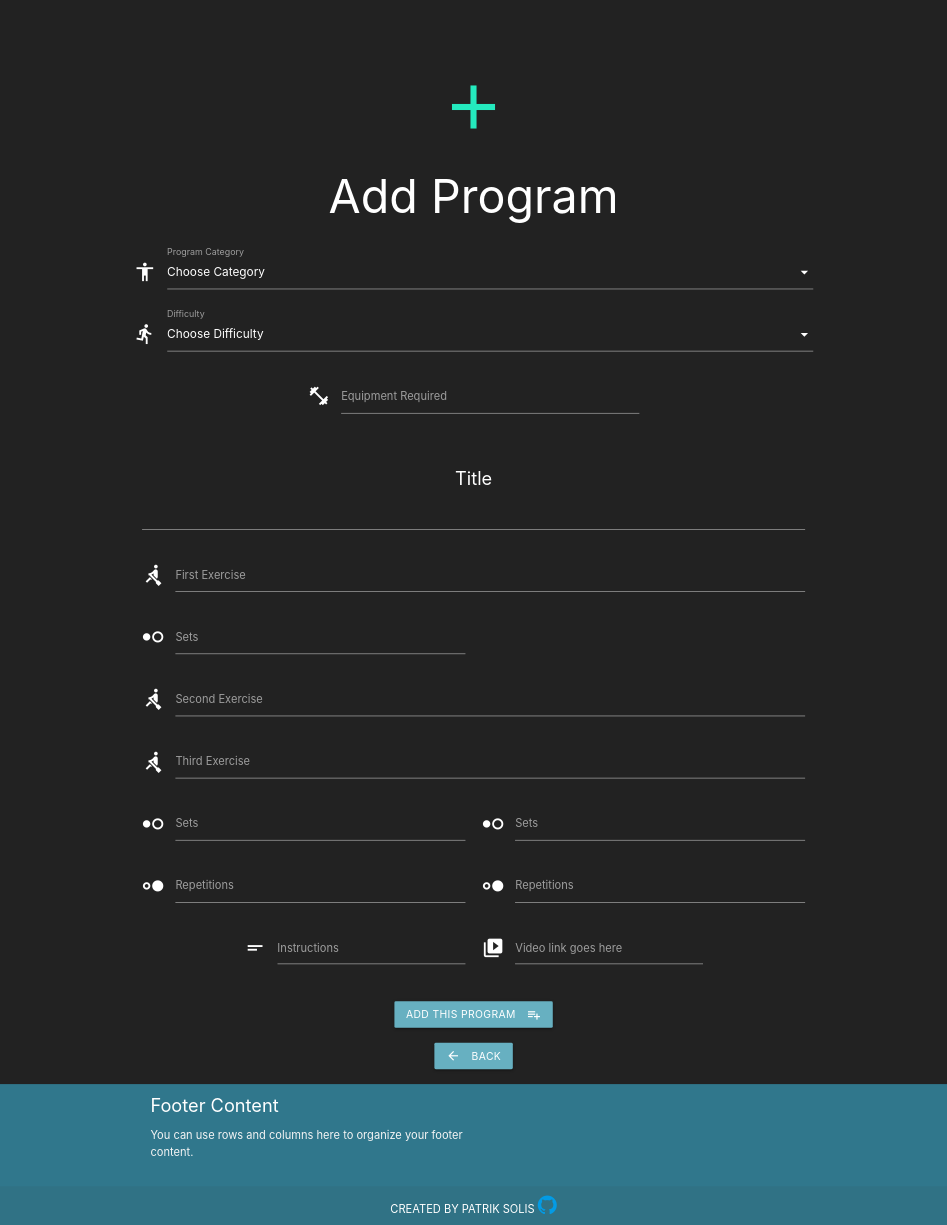
Repository: Ario124/calisthenics-project
Page: http://localhost/add_program
The author's editor kept a record of every edit. The page is drawn from the files as they stood at one moment, then again after the next edit.
The browser window is 1280 px wide. The pictures show the whole page, at 74% of full size.
The page is served by the project's application, run on Flask 3 (app.py). Queries for data that is not in the repository find no rows.

Above is the page before.

After the next edit:
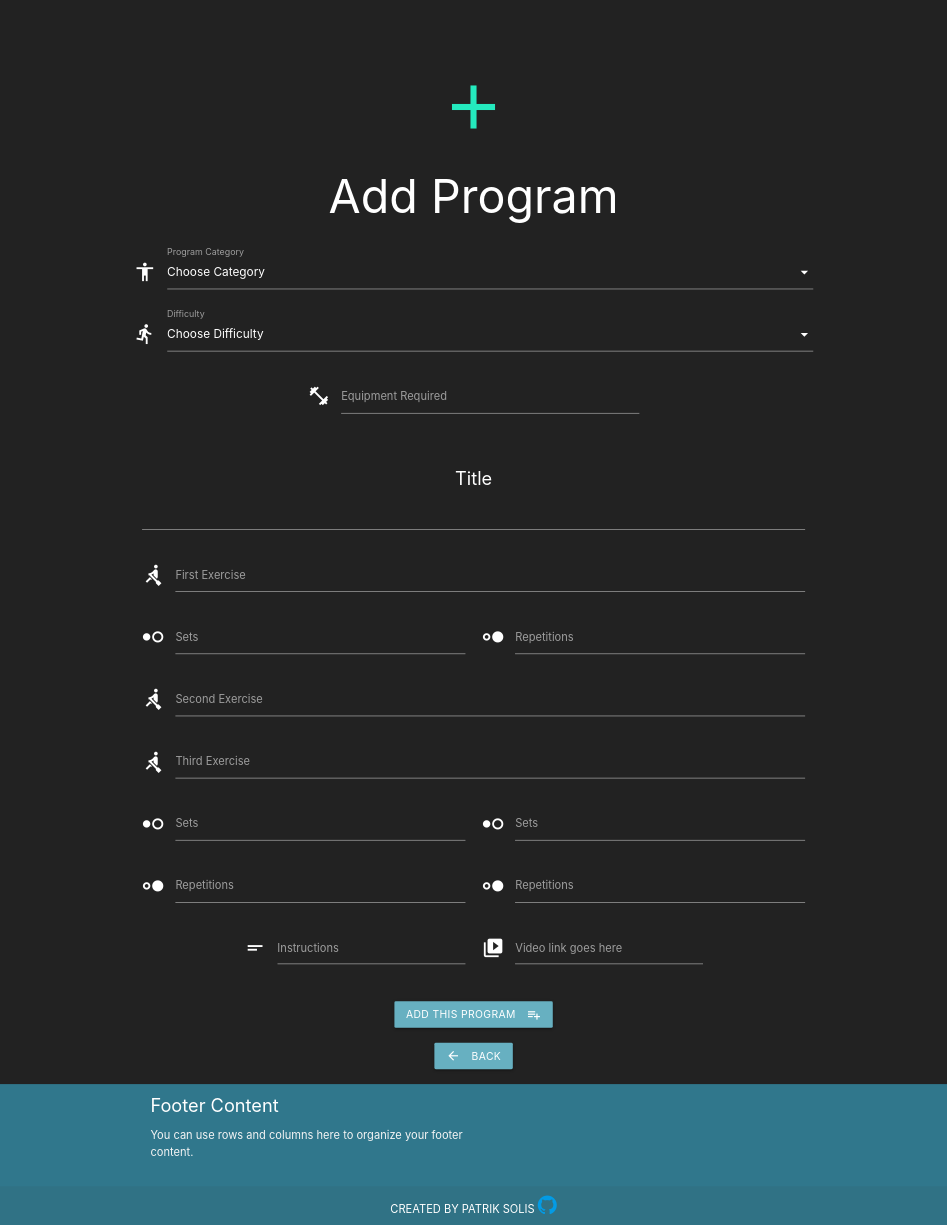
The edit:
--- a/templates/add_program.html
+++ b/templates/add_program.html
@@ -55,6 +55,12 @@
                 <i class="material-icons prefix">hdr_weak</i>
                 <input id="sets_amount" name="sets_amount" type="text" required>
                 <label for="icon_prefix">Sets</label>
+            </div>
+
+                        <div class="input-field col s6">
+                <i class="material-icons prefix">hdr_strong</i>
+                <input id="reps_amount" name="reps_amount" type="text" required>
+                <label for="icon_prefix">Repetitions</label>
             </div>
 
             <div class="input-field col s12">
